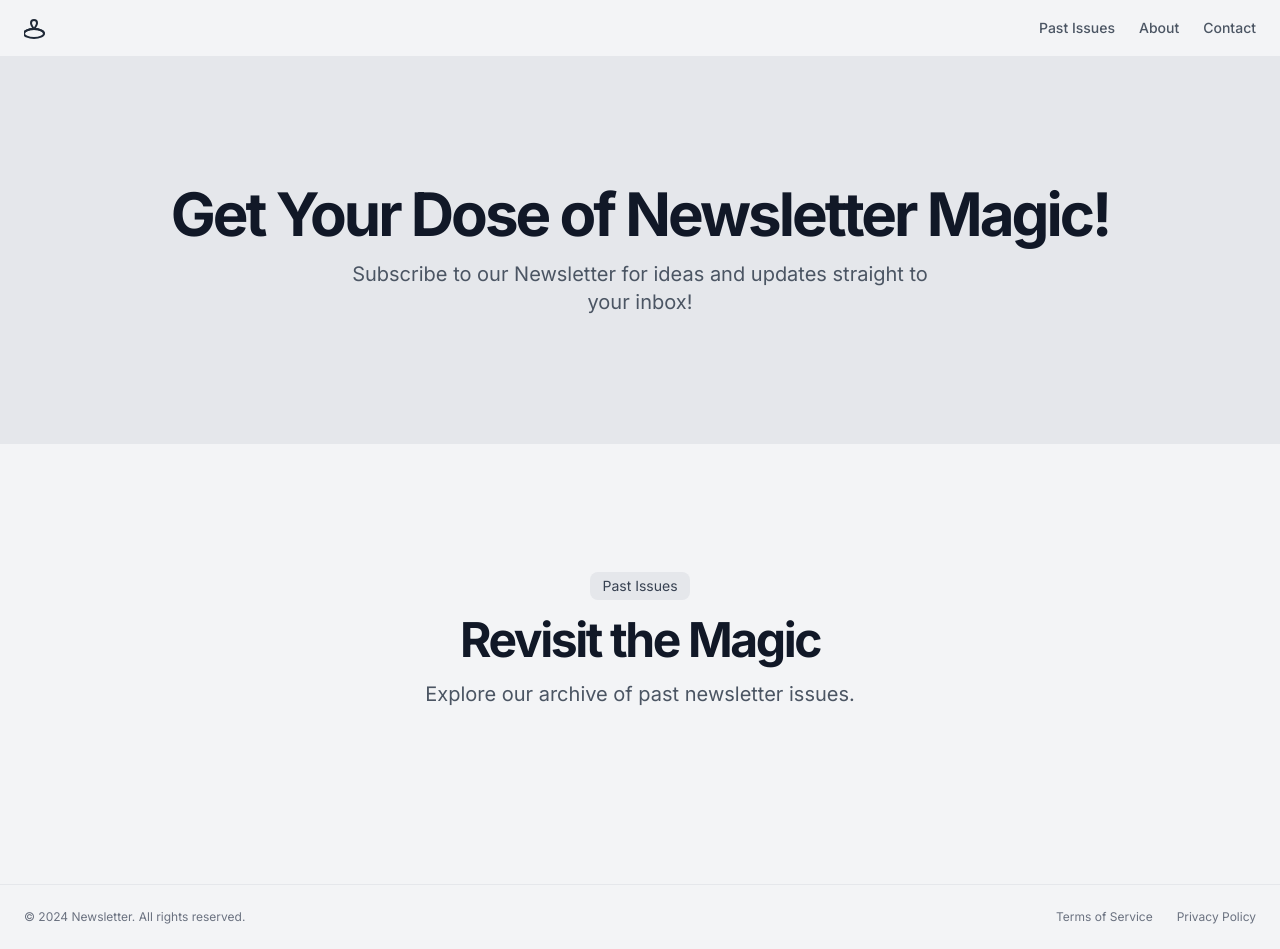
Repository: djdjdallas/unicorn-poop-newsletter
Page: /
The author's editor kept a copy of each file at every save. The page is drawn from the files as they stood at one save, then again after the next save.
The browser window is 1280 px wide. The pictures show the whole page.
The page's requests for data from a server got no answer. The project was rebuilt for these pictures with package versions that can differ from the ones it lists, and the page was loaded fresh each time. The framework's server and built-in components were replaced by stand-ins that run in the browser. No one was signed in, and anything a server would have sent is missing. Also part of the build but not shown: next.config.mjs, src/lib/utils.js, src/components/ui/input.jsx, src/components/ui/button.jsx, src/components/ui/card.jsx.

Above is the page before, as saved 2024-08-10 11:01:08.

After the next save:
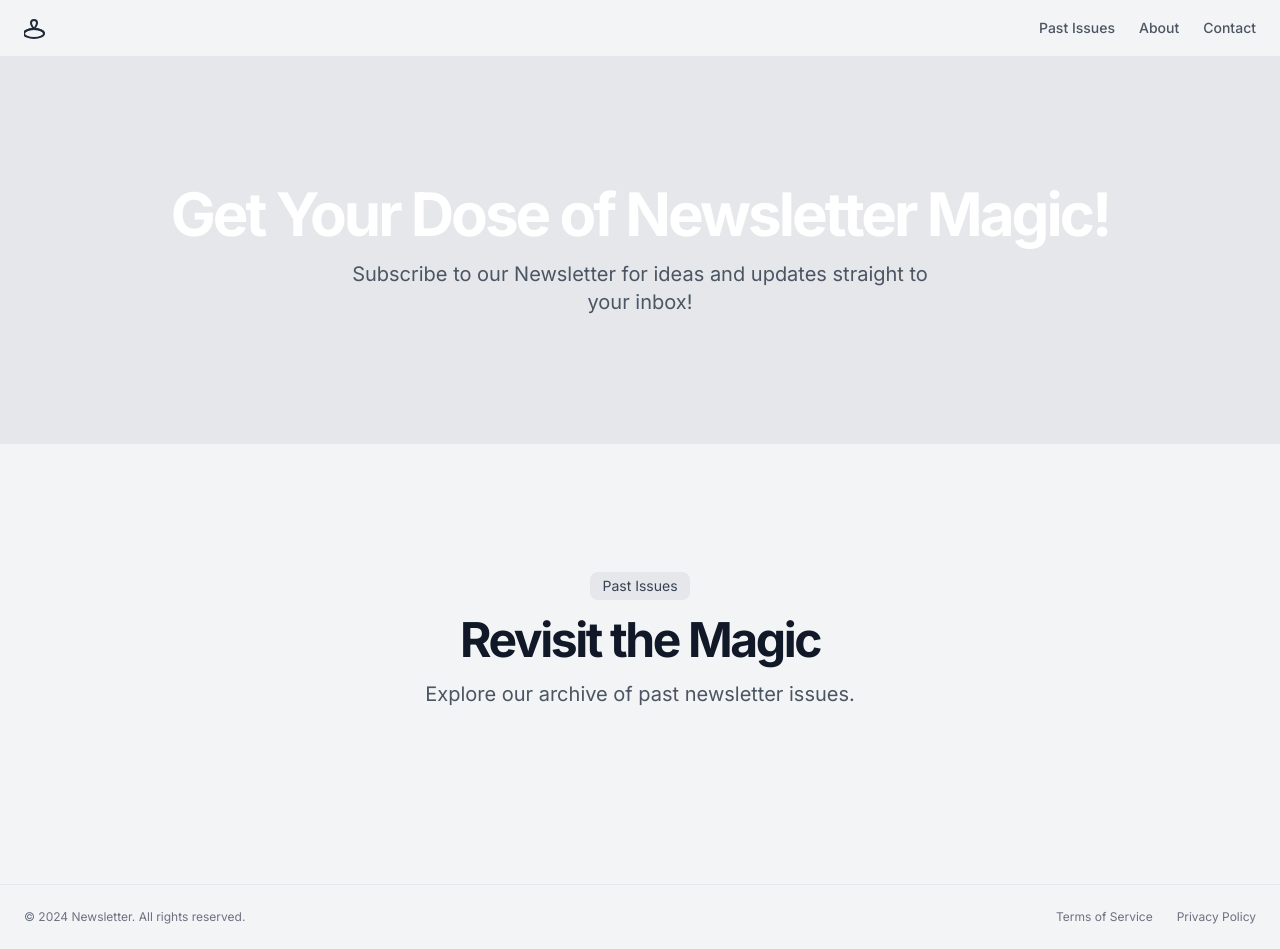
Saved 75 s later.
--- a/src/app/page.js
+++ b/src/app/page.js
@@ -86,7 +86,7 @@ export default async function Home() {
         <section className="w-full py-12 md:py-24 lg:py-32 bg-gray-200">
           <div className="container px-4 md:px-6 space-y-8 lg:space-y-12">
             <div className="flex flex-col items-center justify-center text-center space-y-4">
-              <h1 className="text-3xl font-bold tracking-tighter sm:text-4xl md:text-5xl lg:text-6xl text-gray-900">
+              <h1 className="text-3xl font-bold tracking-tighter sm:text-4xl md:text-5xl lg:text-6xl text-white">
                 Get Your Dose of Newsletter Magic!
               </h1>
               <p className="max-w-[600px] text-gray-600 md:text-xl">
